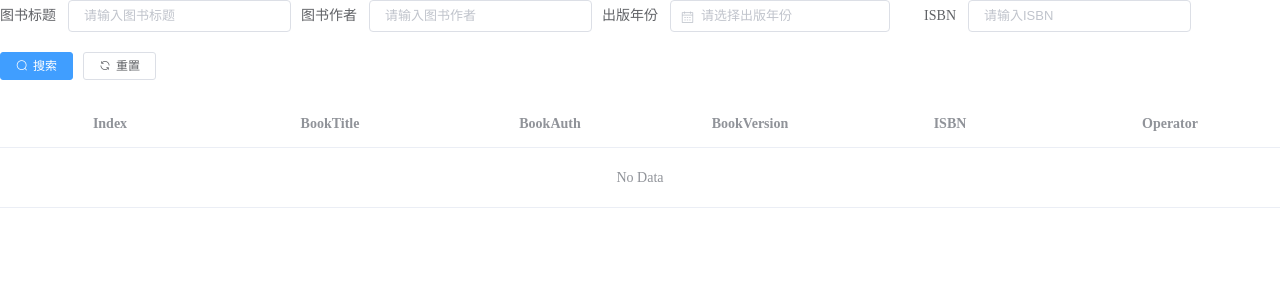
Repository: jacklihy/capgeminitestfrontend
Page: /
An editor plug-in stored every save of this project. The page is shown before and after the next save, followed by the edit.
The browser window is 1280 px wide. The pictures show the whole page.
The page's requests for data from a server got no answer. The project was rebuilt for these pictures with package versions that can differ from the ones it lists, and the page was loaded fresh each time. No one was signed in, and anything a server would have sent is missing. Also part of the build but not shown: vue.config.js.

Above is the page before, as saved 2024-03-08 17:31:44.

### src/main.js
import Vue from 'vue'
import App from './App.vue'
import router from './router'
import store from './store'
import './plugins/element.js'
// import global css
import './assets/css/global.css'
import axios from 'axios'
// config baseurl
const apiClient = axios.create({
  baseURL: 'http://127.0.0.1:8484',
  timeout: 1000,
  withCredentials: true,
  headers: {
    'Access-Control-Allow-Origin': '*'
  }
});
Vue.prototype.$http = apiClient;
Vue.config.productionTip = false

new Vue({
  router,
  store,
  render: h => h(App)
}).$mount('#app')

### src/App.vue
<template>
  <div id="app">
    <!-- Indicates the routing station -->
   <router-view></router-view>
  </div>
</template>

<script>
 export default{

 }
</script>

<style>

</style>

### src/router/index.js
import Vue from 'vue'
import VueRouter from 'vue-router'
import Book from '@/components/book.vue'

Vue.use(VueRouter)

const routes = [
   {path : '/', component: Book }
]

const router = new VueRouter({
  routes
})

export default router

### src/assets/css/global.css
/* global css */
html, body, #app {
    height: 100%;
    margin: 0;
    padding: 0;
}

### src/components/book.vue
<template>
  <div class="app-container">
    <el-form :model="queryParams" ref="queryForm" size="small" :inline="true" v-show="showSearch" label-width="68px">
        <el-form-item label="图书标题" prop="bookTitle">
          <el-input
            v-model="queryParams.bookTitle"
            placeholder="请输入图书标题"
            clearable
            @keyup.enter.native="handleQuery"
          />
        </el-form-item>
        <el-form-item label="图书作者" prop="bookAuth">
          <el-input
            v-model="queryParams.bookAuth"
            placeholder="请输入图书作者"
            clearable
            @keyup.enter.native="handleQuery"
          />
        </el-form-item>
        <el-form-item label="出版年份" prop="bookversionDate">
          <el-date-picker clearable
            v-model="queryParams.bookversionDate"
            type="date"
            value-format="yyyy-MM-dd"
            placeholder="请选择出版年份">
          </el-date-picker>
        </el-form-item>
        <el-form-item label="ISBN" prop="bookIsbn">
          <el-input
            v-model="queryParams.bookIsbn"
            placeholder="请输入ISBN"
            clearable
            @keyup.enter.native="handleQuery"
          />
        </el-form-item>
        <el-form-item>
          <el-button type="primary" icon="el-icon-search" size="mini" @click="handleQuery">搜索</el-button>
          <el-button icon="el-icon-refresh" size="mini" @click="resetQuery">重置</el-button>
        </el-form-item>
      </el-form>

    <el-table :data="bookList" >
        <!-- <el-table-column type="selection" width="55" align="center" /> -->
        <el-table-column label="Index" align="center" prop="bookId" />
        <el-table-column label="BookTitle" align="center" prop="bookTitle" />
        <el-table-column label="BookAuth" align="center" prop="bookAuth" />
  <!--      <el-table-column label="图书内容" align="center" prop="bookContent" />-->
        <el-table-column label="BookVersion" align="center" prop="bookversionDate" width="180">
        </el-table-column>
        <el-table-column label="ISBN" align="center" prop="bookIsbn" />
        <el-table-column label="Operator" align="center" class-name="small-padding fixed-width">
          <template slot-scope="scope">
            <el-button
            type="primary"
            plain
            icon="el-icon-plus"
            size="mini"
            @click="handleAdd"
          >Add New</el-button>

            <el-button
              size="mini"
              type="text"
              icon="el-icon-edit"
              @click="handleUpdate(scope.row)"

            >Modify</el-button>
            <el-button
              size="mini"
              type="text"
              icon="el-icon-delete"
              @click="handleDelete(scope.row)"

            >Delete</el-button>
          </template>
        </el-table-column>
      </el-table>
      <el-dialog :title="title" :visible.sync="open" width="500px" append-to-body>
        <el-form ref="form" :model="form" :rules="rules" label-width="80px">
          <el-form-item label="BookTitle" prop="bookTitle">
            <el-input v-model="form.bookTitle" placeholder="Please Input BookTitle " />
          </el-form-item>
          <el-form-item label="BookAuth" prop="bookAuth">
            <el-input v-model="form.bookAuth" placeholder="Please Input BookAuth" />
          </el-form-item>
          <el-form-item label="BookContent">
            <el-input type="textarea" :rows="4" placeholder="Please Input content" v-model="form.bookContent">
</el-input>
          </el-form-item>
          <el-form-item label="version year" prop="bookversionDate">
            <div class="block">
           <el-date-picker
           v-model="value1"
           type="date"
              placeholder="Please Input date">
    </el-date-picker>
  </div>
          </el-form-item>
          <el-form-item label="ISBN" prop="bookIsbn">
            <el-input v-model="form.bookIsbn" placeholder="请输入ISBN" />
          </el-form-item>
        </el-form>
        <div slot="footer" class="dialog-footer">
          <el-button type="primary" @click="submitForm">确 定</el-button>
          <el-button @click="cancel">取 消</el-button>
        </div>
      </el-dialog>


  </div>
</template>
<script>
export default {

 name: "book",
 data() {
      return {
        value1: '',
        ids: [],
        single: true,
        multiple: true,
        showSearch: true,
        total: 0,
        bookList: [],
        title: "",
        open: false,
        queryParams: {
          pageNum: 1,
          pageSize: 10,
          bookTitle: null,
          bookAuth: null,
          bookContent: null,
          bookversionDate: null,
          bookIsbn: null
        },
        form: {},
        rules: {
        }
      };
    },
    created() {
      this.getList();
    },
    methods: {
      getList() {
           this.$http.get('api/list').then(response => {
            this.bookList = response.data;
           console.log(this.bookList);
           });
        },
      cancel() {
        this.open = false;
        this.reset();
      },
      reset() {
        this.form = {
          bookId: null,
          bookTitle: null,
          bookAuth: null,
          bookContent: null,
          bookversionDate: null,
          bookIsbn: null
        };

      },
      handleQuery() {
        this.queryParams.pageNum = 1;
        this.getList();
      },
      resetQuery() {

        this.handleQuery();
      },
      handleSelectionChange(selection) {
        this.ids = selection.map(item => item.bookId)
        this.single = selection.length!==1
        this.multiple = !selection.length
      },
      handleAdd() {
        this.reset();
        this.open = true;
        this.title = "Add Book";
      },
      handleUpdate(row) {
        this.reset();
        const bookId = row.bookId || this.ids

            this.$http.get('api/'+ bookId).then(response =>{
                this.form = response.data;
                this.open = true;
                this.title = "modify book mamagerment";
            });

      },
      submitForm() {
        this.$refs["form"].validate(valid => {
          if (valid) {
            if (this.form.bookId != null) {

                  this.$http.put('api',{bookId:this.form.bookId,
                    bookTitle:this.form.bookTitle,
                    bookAuth:this.form.bookAuth,
                    bookContent:this.form.bookContent,
                    bookversionDate: this.value1,
                    bookIsbn:this.form.bookIsbn
                }).then(response=>{
                    <el-alert title="success"  type="success" show-icon></el-alert>
                    this.open = false;
                    this.getList();
                });

            } else {
              this.$http.post('api',{bookId:this.form.bookId,
                    bookTitle:this.form.bookTitle,
                    bookAuth:this.form.bookAuth,
                    bookContent:this.form.bookContent,
                    bookversionDate: this.value1,
                    bookIsbn:this.form.bookIsbn
                }).then(response=>{
                    <el-alert title="success"  type="success" show-icon></el-alert>
                    this.open = false;
                    this.getList();
                });

            }
          }
        });
      },
      handleDelete(row) {
        const bookIds = row.bookId || this.ids;

        this.$http.delete('api/'+ bookIds).then(response=>{
                    <el-alert title="success"  type="success" show-icon></el-alert>
                    this.open = false;
                    this.getList();
                });

      },

    }
  };

</script>
<style scoped>

</style>

Loaded but not shown: public/index.html (common file); src/store/index.js (common file); src/plugins/element.js (common file)

After the next save:
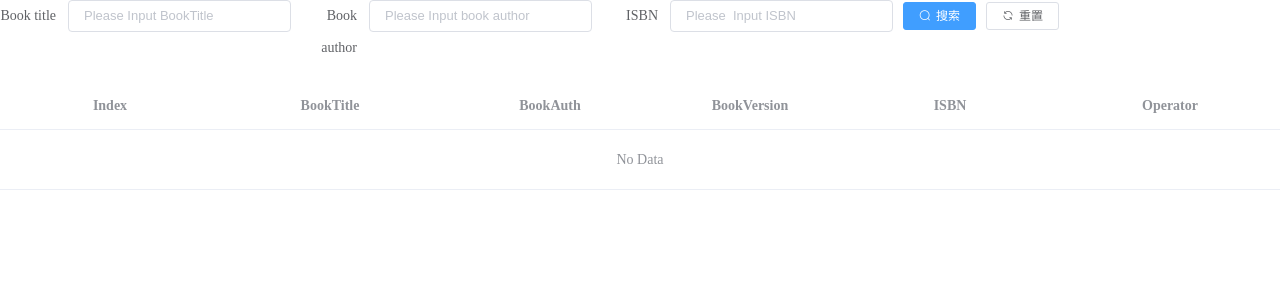
Saved 7 min 36 s later.
--- a/src/components/book.vue
+++ b/src/components/book.vue
@@ -1,34 +1,27 @@
 <template>
   <div class="app-container">
     <el-form :model="queryParams" ref="queryForm" size="small" :inline="true" v-show="showSearch" label-width="68px">
-        <el-form-item label="图书标题" prop="bookTitle">
+        <el-form-item label="Book title" prop="bookTitle">
           <el-input
             v-model="queryParams.bookTitle"
-            placeholder="请输入图书标题"
+            placeholder="Please Input BookTitle"
             clearable
             @keyup.enter.native="handleQuery"
           />
         </el-form-item>
-        <el-form-item label="图书作者" prop="bookAuth">
+        <el-form-item label="Book author" prop="bookAuth">
           <el-input
             v-model="queryParams.bookAuth"
-            placeholder="请输入图书作者"
+            placeholder="Please Input book author"
             clearable
             @keyup.enter.native="handleQuery"
           />
         </el-form-item>
-        <el-form-item label="出版年份" prop="bookversionDate">
-          <el-date-picker clearable
-            v-model="queryParams.bookversionDate"
-            type="date"
-            value-format="yyyy-MM-dd"
-            placeholder="请选择出版年份">
-          </el-date-picker>
-        </el-form-item>
+
         <el-form-item label="ISBN" prop="bookIsbn">
           <el-input
             v-model="queryParams.bookIsbn"
-            placeholder="请输入ISBN"
+            placeholder="Please  Input ISBN"
             clearable
             @keyup.enter.native="handleQuery"
           />
